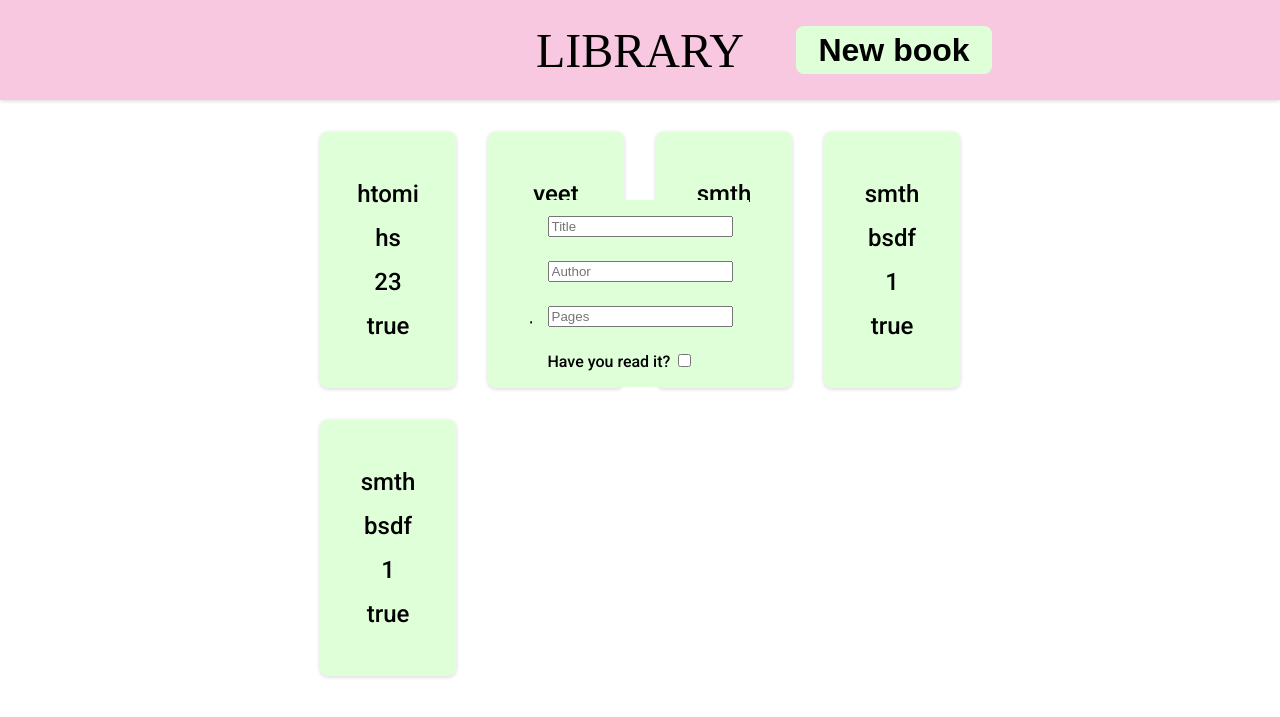
Repository: yeetzpxoci/library
Page: index.html
The author's editor kept a copy of each file at every save. The page is drawn from the files as they stood at one save, then again after a run of saves.
The browser window is 1280 px wide. The pictures show the whole page.
Some web fonts or font styles are not loaded; a fallback is used.

Above is the page before, as saved 2023-02-21 16:01:37.

After the next 2 saves:
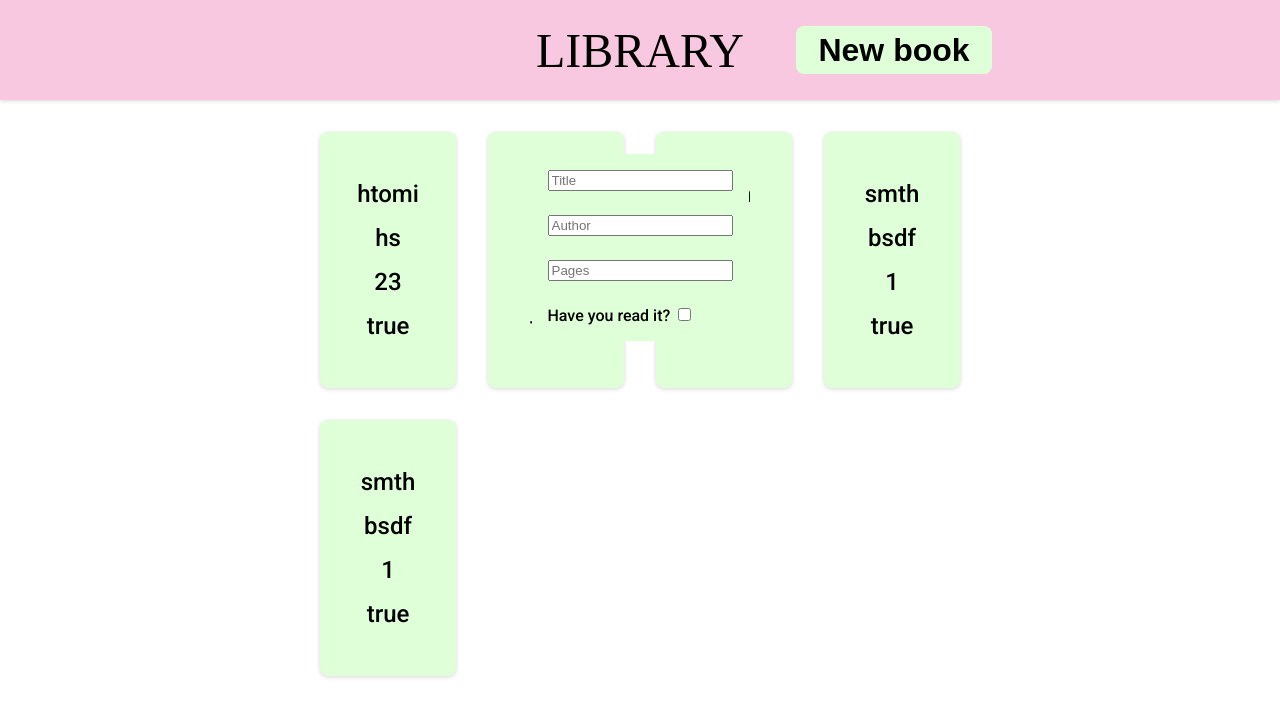
The 2 saves are shown as one change because they came seconds apart.
The last was saved 24 s later.
--- a/styles.css
+++ b/styles.css
@@ -71,7 +71,7 @@ body {
 
 #input-form {
     position: absolute;
-    margin-top: 200px;
+    margin-top: 12%;
     display: flex;
     flex-direction: column;
     gap: 24px;
